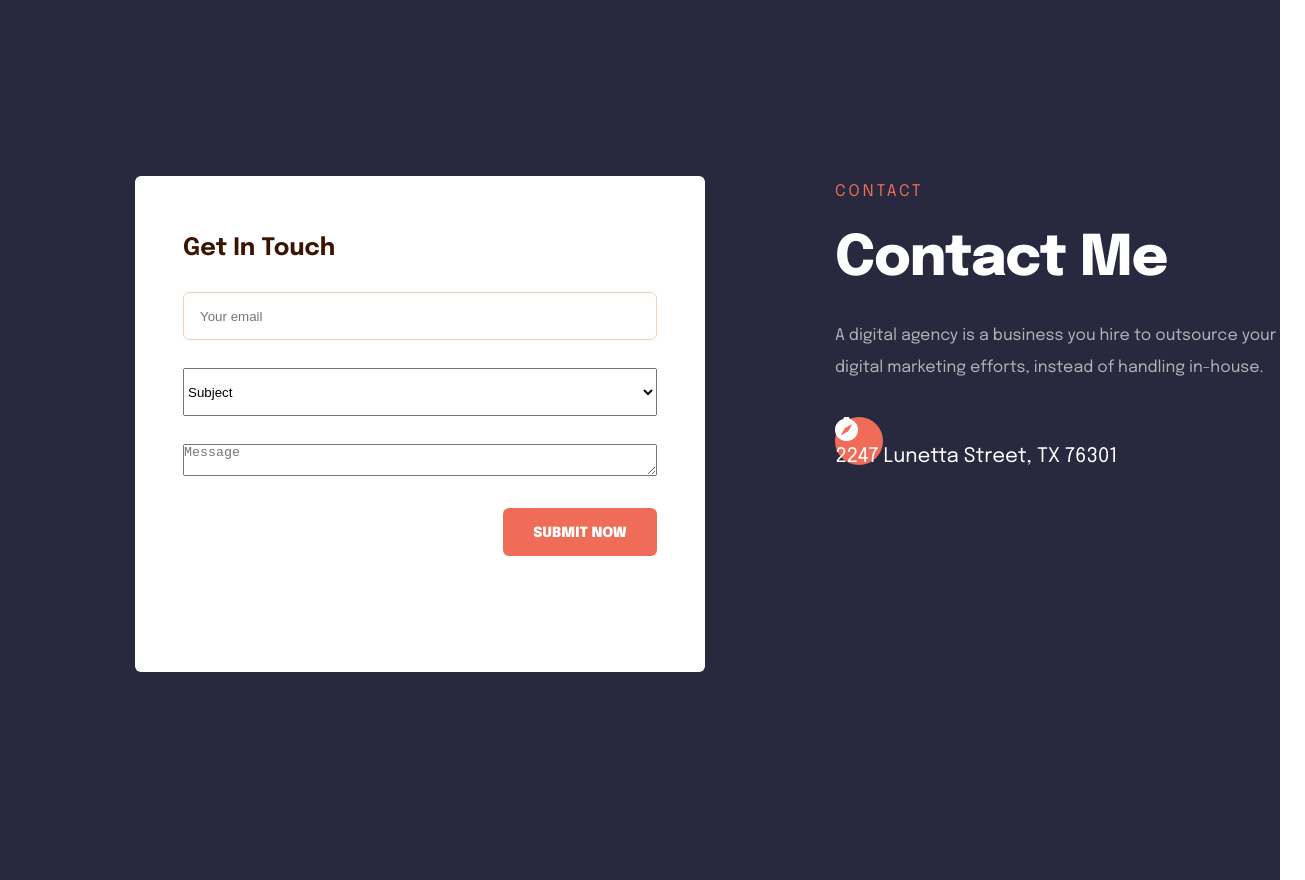
Repository: simralgasimov/contact-me
Page: index.html
An editor plug-in stored every save of this project. The page is shown before and after the next save, followed by the edit.
The browser window is 1280 px wide. The page is 1305 px wide, then 1280 px, so the pictures cover 1305 px, including what lies to the right of the window. The pictures show the whole page.

Above is the page before, as saved 2023-10-04 13:28:27.

### index.html
<!DOCTYPE html>
<html lang="en">
  <head>
    <meta charset="UTF-8" />
    <meta name="viewport" content="width=device-width, initial-scale=1.0" />
    <title>Document</title>
    <link rel="stylesheet" href="./index.css" />
  </head>
  <body>
    <div class="container">
        <form action="">
          <p>Get In Touch</p>
          <label for="">
            <input type="email" placeholder="Your email" />
          </label>

          <label for="subject">
            <select name="" id="subject">
              <option value="subject">Subject</option>
              <option value="subject">Subject</option>
              <option value="subject">Subject</option>
            </select>
          </label>

          <label for="">
            <textarea name=""  placeholder="Message" id=""></textarea>
            <!-- <input type="textarea" name="" id="" /> -->
          </label>
          <button><a href="">Submit Now</a></button>
        </form>


      <div class="contact-me">
        <h1>Contact</h1>
        <h2>Contact Me</h2>
        <p>
          A digital agency is a business you hire to outsource your digital
          marketing efforts, instead of handling in-house.
        </p>
        <div class="cirycle">
          <img src="./img/Shape.png" alt="" />
          <p>2247 Lunetta Street, TX 76301</p>
        </div>
      </div>
    </div>
  </body>
</html>

### index.css
@import url("https://fonts.googleapis.com/css2?family=Epilogue:wght@400;700;800;900&display=swap");
* {
  margin: 0;
  padding: 0;
  box-sizing: border-box;
}

.container {
  padding: 176px 135px 208px 135px;
  background: #28293e;
  display: flex;
  /* justify-content: space-between; */
}

.container p {
  margin-bottom: 27px;
  color: var(--Text_Dark, #391400);
  font-feature-settings: "clig" off, "liga" off;

  font-family: Epilogue;
  font-size: 24px;
  font-style: normal;
  font-weight: 700;
  line-height: 32px;
}

.container form {
  width: 570px;
  height: 496px;
  margin-right: 130px;
  border-radius: 6px;
  background: #fff;
}

.container input {
  padding: 16px;
  border-radius: 6px;
  border: 1px solid #f3d1bf;
  background: #fff;
}

.container form label {
  display: block;
  margin-bottom: 28px;
}
.container  form {
  padding: 57px 48px 48px 48px;
}
.container input,
.container textarea,
.container select
{
  width: 100%;
}
.container  form [type="email"] {
  width: 474px;
  height: 48px;
}

.container  form [id="subject"] {
  height: 48px;
}

.container  form [type="textarea"] {
  height: 135px;
}

.container form button {
  width: 154px;
  height: 48px;
  border-radius: 6px;
  background: #ef6d58;
  border: none;
  float: right;
}

.container form button a {
  text-decoration: none;
  color: #fff;
  text-align: center;
  font-family: Epilogue;
  font-size: 14px;
  font-style: normal;
  font-weight: 900;
  line-height: normal;
  text-transform: uppercase;
}

.container .contact-me h1 {
  margin-bottom: 20px;
  width: 86px;
  color: var(--Text_Light_Accent, #ef6d58);
  font-feature-settings: "clig" off, "liga" off;
  font-family: Epilogue;
  font-size: 16px;
  font-style: normal;
  font-weight: 400;
  line-height: 32px;
  letter-spacing: 3px;
  text-transform: uppercase;
}

.container .contact-me h2 {
  margin-bottom: 28px;
  width: 334px;
  color: var(--Text_Light, #fff);
  font-feature-settings: "clig" off, "liga" off;
  font-family: Epilogue;
  font-size: 56px;
  font-style: normal;
  font-weight: 800;
  line-height: 64px;
  letter-spacing: -1px;
}

.container .contact-me p {
  margin-bottom: 33px;
  width: 470px;
  color: var(--Text_Light_Gray, rgba(255, 255, 255, 0.64));
  font-feature-settings: "clig" off, "liga" off;

  font-family: Epilogue;
  font-size: 16px;
  font-style: normal;
  font-weight: 400;
  line-height: 32px;
}

.container .contact-me .cirycle {
  /* position: relative; */
  width: 48px;
  height: 48px;
  background-color: #ef6d58;
  border-radius: 50%;
}

.container .contact-me .cirycle img {
  /* position: absolute; */
  /* margin: 13px; */

  display: flex;
  justify-content: center;
  align-content: center;
}

.container .contact-me .cirycle p {
  display: flex;
  justify-content: center;
  align-items: center;
  align-content: center;
  /* margin-left: 90px; */
  width: 283px;
  color: var(--Text_Light, #fff);
  font-feature-settings: "clig" off, "liga" off;

  font-family: Epilogue;
  font-size: 20px;
  font-style: normal;
  font-weight: 400;
  line-height: 32px;
}

After the next save:
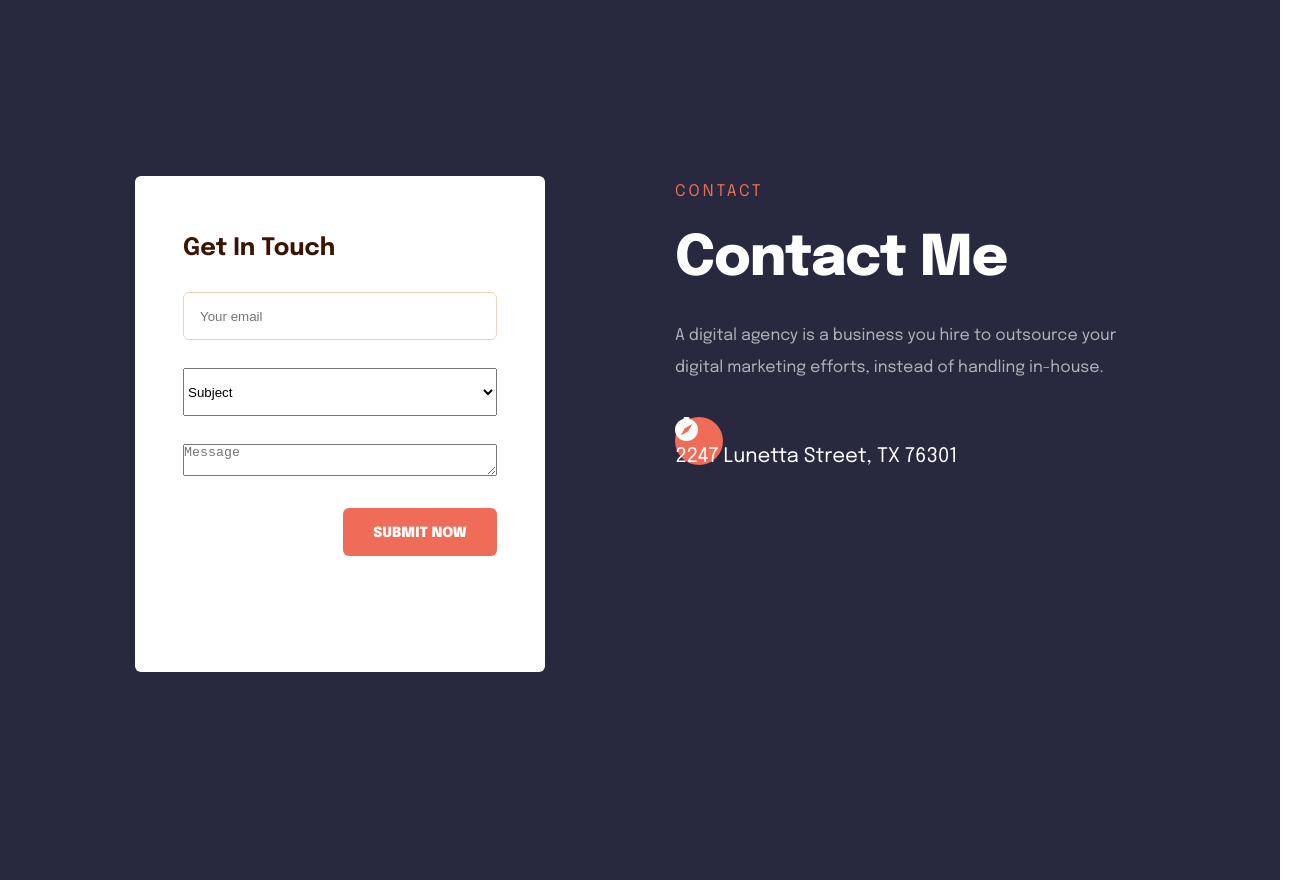
Saved 5 s later.
--- a/index.css
+++ b/index.css
@@ -53,7 +53,6 @@
   width: 100%;
 }
 .container  form [type="email"] {
-  width: 474px;
   height: 48px;
 }
 
